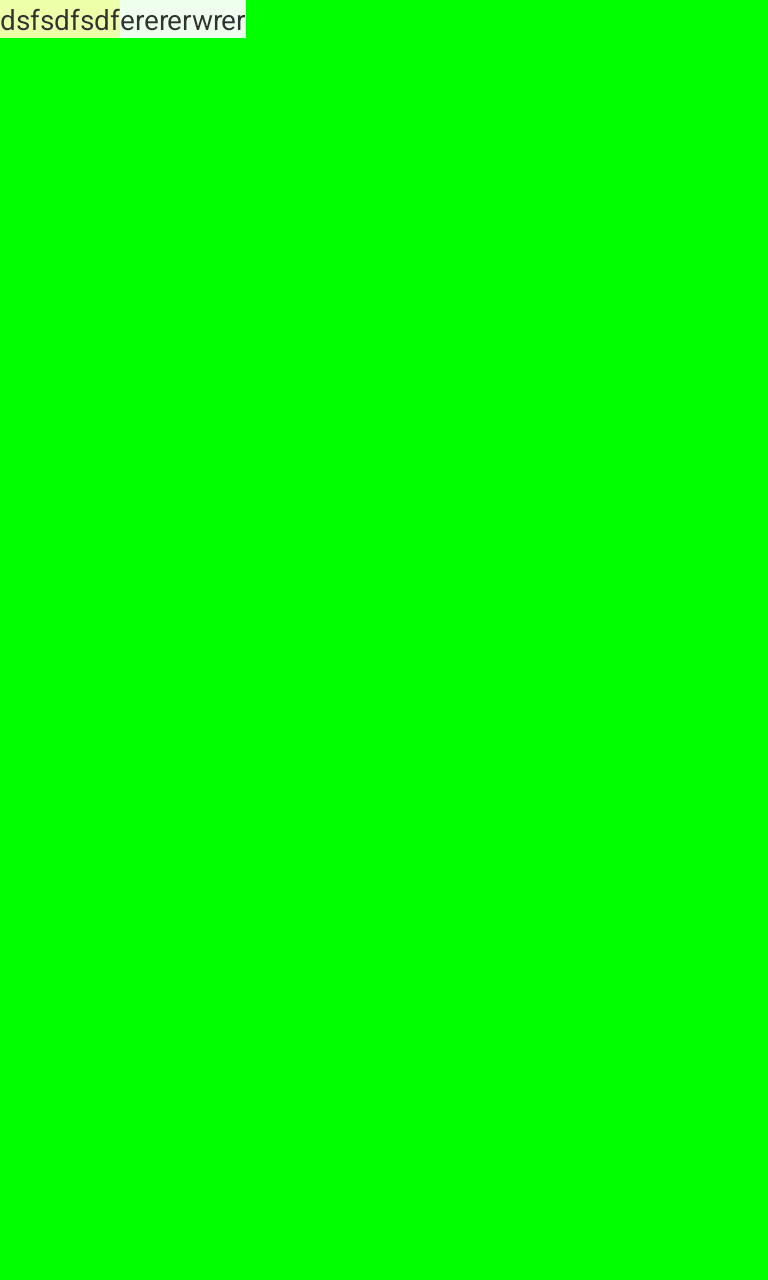
Repository: founderzhl/MarsAndroid
Layout: S01_E12_Weight/res/layout/activity_main.xml
These files come from the project's save history. The layout is drawn as it stood at one moment and after the next save; the edit follows.
It is drawn on a 768 x 1280 px phone screen (xhdpi) without system bars, with theme AppTheme; the app's code is not run.

Above is the layout before, as saved 2015-01-15 16:08:16.

After the next save:
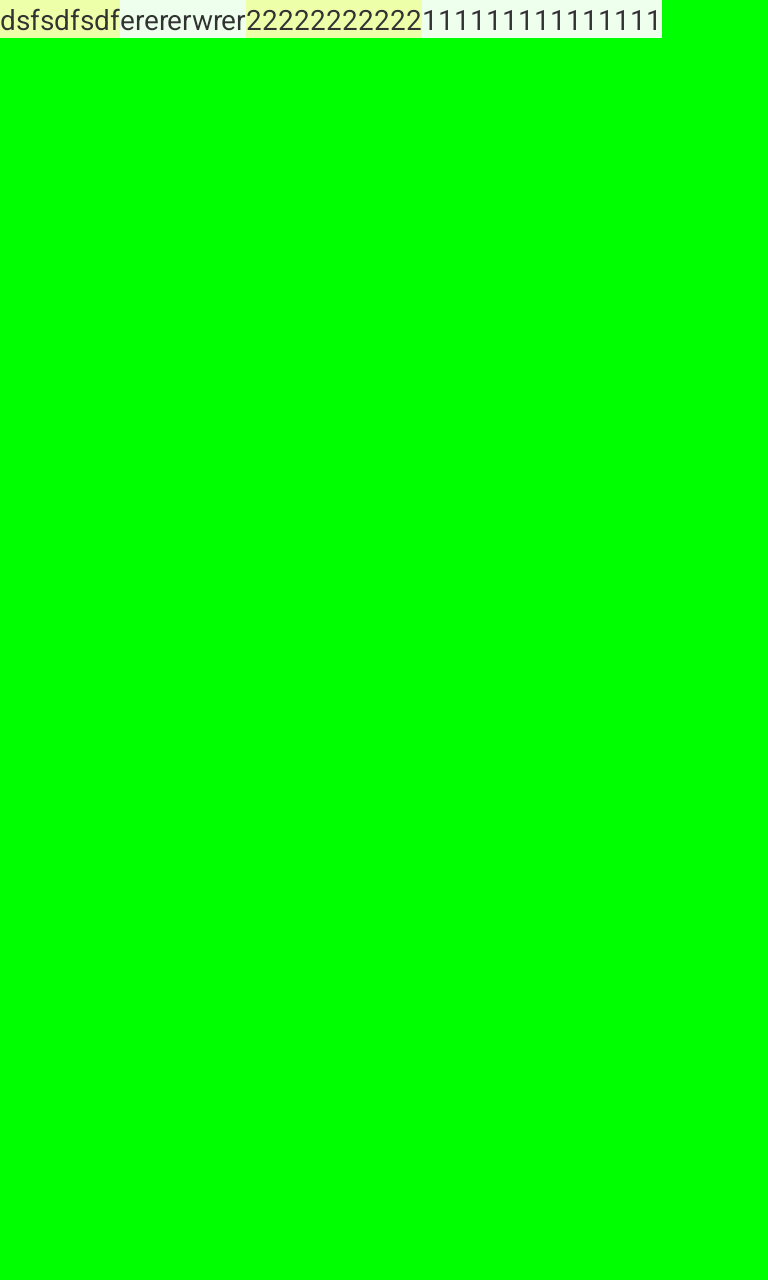
Saved 57 s later.
--- a/S01_E12_Weight/res/layout/activity_main.xml
+++ b/S01_E12_Weight/res/layout/activity_main.xml
@@ -7,8 +7,8 @@
     tools:context="com.example.s01_e12_weight.MainActivity" >
 
     <LinearLayout
-        android:layout_width="match_parent"
-        android:layout_height="match_parent" >
+        android:layout_width="wrap_content"
+        android:layout_height="wrap_content" >
 
         <TextView
             android:layout_width="wrap_content"
@@ -27,8 +27,8 @@
 
 
     <LinearLayout
-        android:layout_width="match_parent"
-        android:layout_height="match_parent" >
+        android:layout_width="wrap_content"
+        android:layout_height="wrap_content" >
         <TextView
             android:layout_width="wrap_content"
             android:layout_height="wrap_content"
